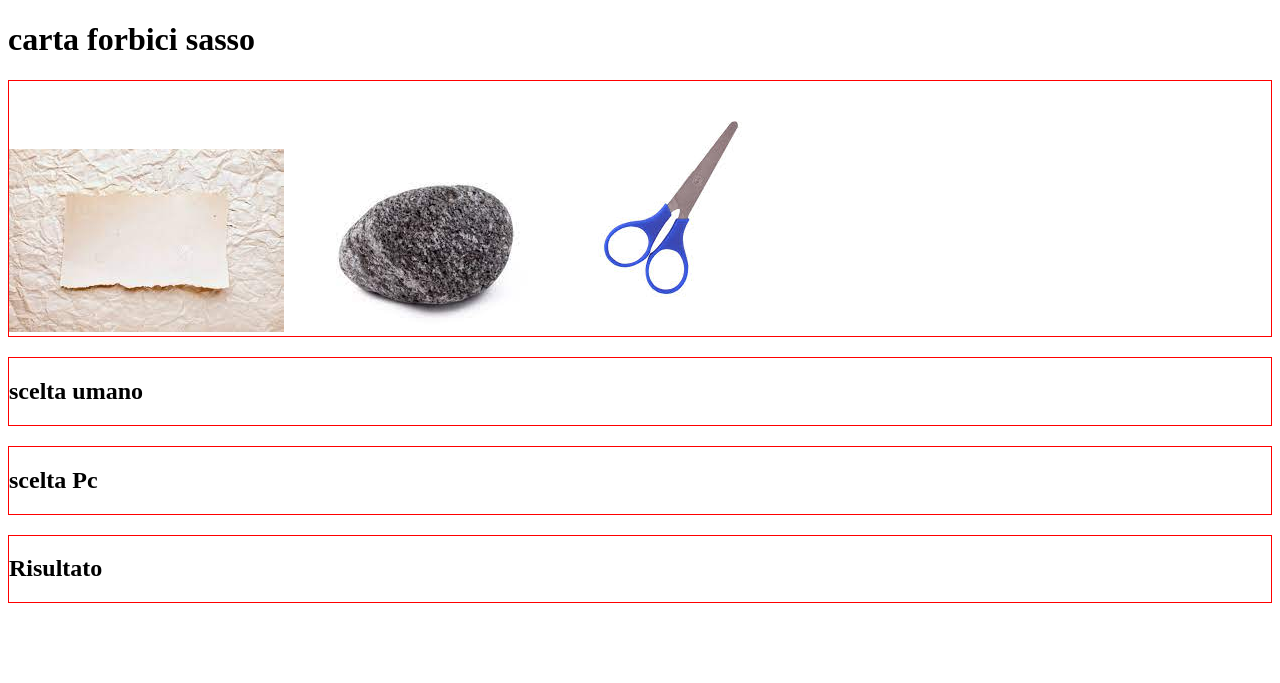
Repository: SamueleLopresti/Eclipse2023mauro
Page: http://localhost/Prj08_CartaForbiciSasso/giocopfc.jsp
The author's editor kept a copy of each file at every save. The page is drawn from the files as they stood at one save, then again after the next save.
The browser window is 1280 px wide. The pictures show the whole page.
The page is served by Tomcat 10. Other server files are loaded and not shown.

Above is the page before, as saved 2023-02-09 14:06:09.

### Prj08_CartaForbiciSasso/src/main/webapp/giocopfc.jsp
<%@ page language="java" contentType="text/html; charset=UTF-8"
    pageEncoding="UTF-8"%>
<!DOCTYPE html>
<html>
<head>
<meta charset="UTF-8">
<title>Insert title here</title>
<style type="text/css">
img {
wdth: 150px;
}
div{
border: 1px solid red;
margin-top: 20px;
}
</style>
</head>
<body>
<h1>carta forbici sasso</h1>


<div>
<a href="?scelta=carta"><img src="data:[embedded picture, 7419 characters]"></a>
<a href="?scelta=pietra"><img src="data:[embedded picture, 8499 characters]"></a>
<a href="?scelta=forbici"><img src="data:[embedded picture, 5599 characters]"></a>
</div>



<div>
<h2>scelta umano</h2>
<% String sceltaUmano = request.getParameter("scelta");   %>
</div>



<div>
<h2>scelta Pc</h2>
</div>



<div>
<h2>Risultato </h2>
</div>



</body>
</html>

After the next save:
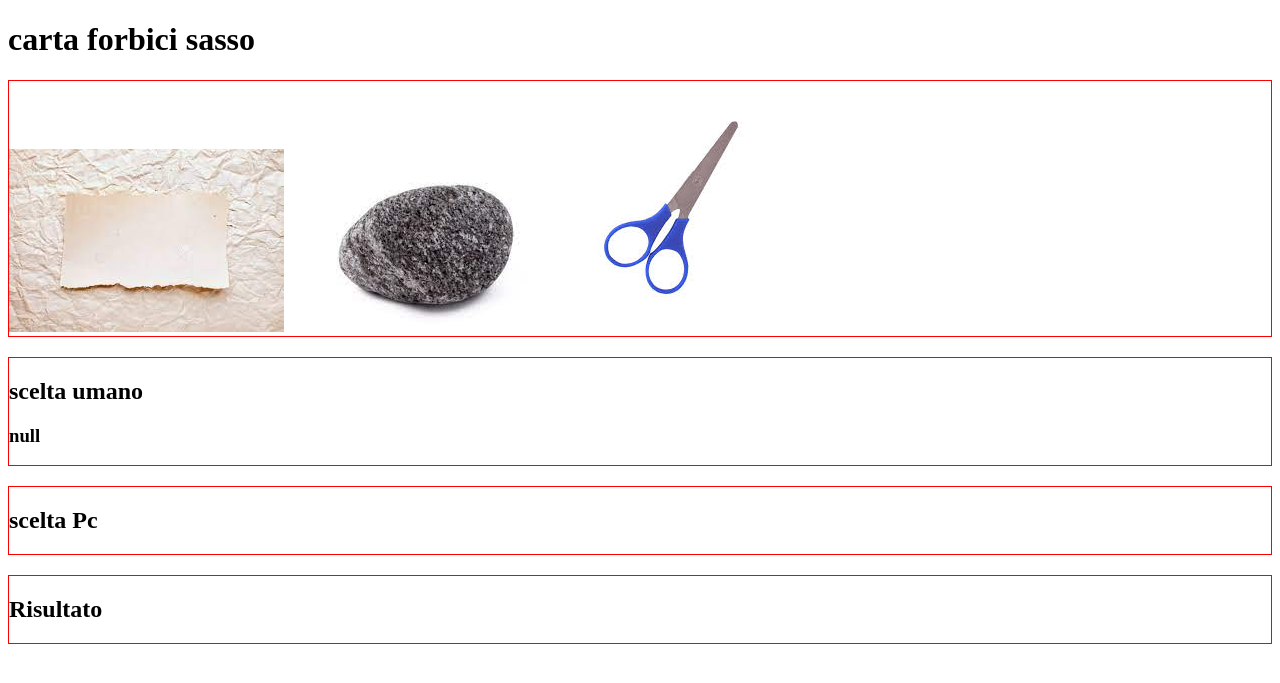
Saved 77 s later.
--- a/Prj08_CartaForbiciSasso/src/main/webapp/giocopfc.jsp
+++ b/Prj08_CartaForbiciSasso/src/main/webapp/giocopfc.jsp
@@ -29,7 +29,8 @@
 
 <div>
 <h2>scelta umano</h2>
-<% String sceltaUmano = request.getParameter("scelta");   %>
+<% String sceltaUmano = request.getParameter("scelta");%>
+<h3><%= sceltaUmano %></h3>
 </div>
 
 
